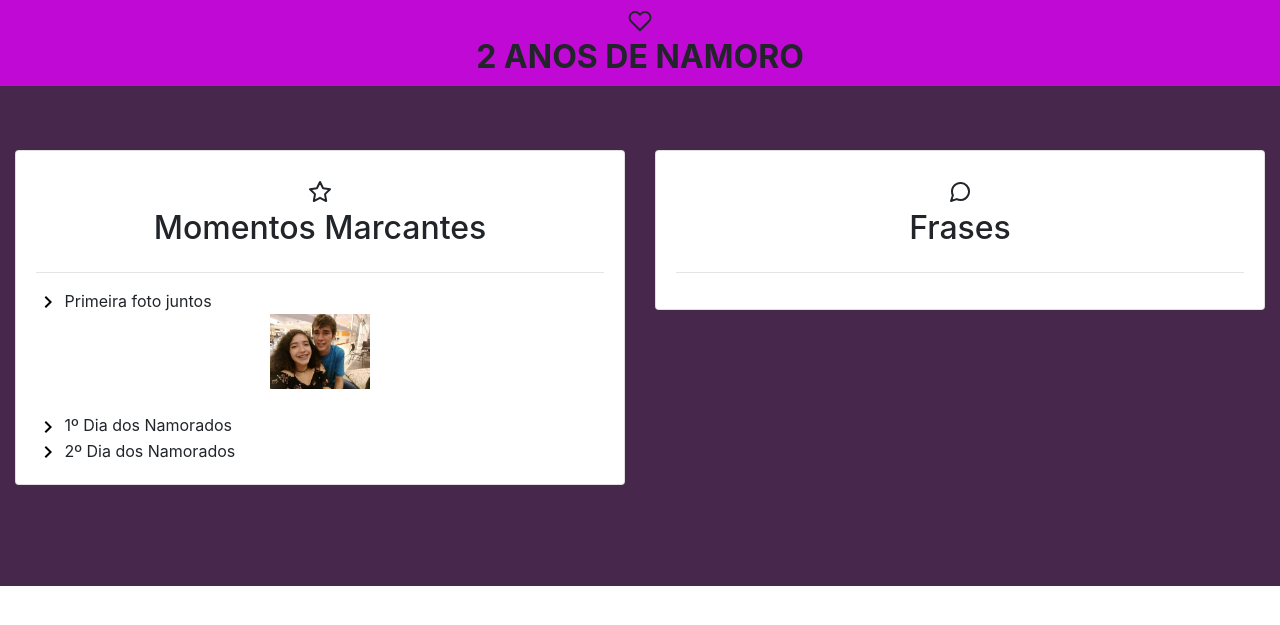
Repository: MeuAmor/meuamor.github.io
Page: index.html
These files come from the project's save history. The page is drawn as it stood at one moment and after the next save; the edit follows.
The browser window is 1280 px wide. The pictures show the whole page.

Above is the page before, as saved 2019-08-20 22:06:32.

### index.html
<!DOCTYPE html>
<html lang="pt">
<head>
  <title>2 ANOS</title>
  <meta charset="utf-8">
  <meta name="viewport" content="width=device-width, initial-scale=1">
  <link rel="stylesheet" href="assets/css/bootstrap4.1/bootstrap.min.css">
  <script src="assets/js/jquery.3.3.1.min.js"></script>
  <script src="assets/js/bootstrap4.1/popper.min.js"></script>
	<script src="assets/js/bootstrap4.1/bootstrap.min.js"></script>
	<!-- <style>
			hr {
				margin-top: 1rem;
				margin-bottom: 1rem;
				border: 5;
				border-top: 1px solid rgba(0, 0, 0, 0.1);
			}
		</style> -->
</head>
<body class="container-fluid">


	<div class="row" style="background:#c109d6">
		<div class="col-md-12 text-left">
			<h2>
                <!-- <svg xmlns="http://www.w3.org/2000/svg" width="24" height="24" viewBox="0 0 24 24" fill="none" stroke="currentColor"
                        stroke-width="2" stroke-linecap="round" stroke-linejoin="round" class="feather feather-heart">
                    <path d="M20.84 4.61a5.5 5.5 0 0 0-7.78 0L12 5.67l-1.06-1.06a5.5 5.5 0 0 0-7.78 7.78l1.06 1.06L12 21.23l7.78-7.78 1.06-1.06a5.5 5.5 0 0 0 0-7.78z"/>
                </svg> -->
                <div class="text-center">

                    <svg xmlns="http://www.w3.org/2000/svg" width="24" height="24" viewBox="0 0 24 24" fill="none" stroke="currentColor"
                            stroke-width="2" stroke-linecap="round" stroke-linejoin="round" class="feather feather-heart">
                        <path d="M20.84 4.61a5.5 5.5 0 0 0-7.78 0L12 5.67l-1.06-1.06a5.5 5.5 0 0 0-7.78 7.78l1.06 1.06L12 21.23l7.78-7.78 1.06-1.06a5.5 5.5 0 0 0 0-7.78z"/>
                    </svg>
                </div>
                <div class="text-center">

                    <b>2 ANOS DE NAMORO </b>
                </div>
            </h2>
		</div>
		<div class="col-md-6 " id="redes_sociais">
			<!-- <a style="margin:10px;" class="btn btn-info btn-xs float-right" href="http://www.linkedin.com/in/leonardo-bernardes-da-silva-a8869b132">
				<svg xmlns="http://www.w3.org/2000/svg" width="24" height="24" viewBox="0 0 24 24" fill="none" stroke="currentColor" stroke-width="2" stroke-linecap="round" stroke-linejoin="round" class="feather feather-linkedin">
					<path d="M16 8a6 6 0 0 1 6 6v7h-4v-7a2 2 0 0 0-2-2 2 2 0 0 0-2 2v7h-4v-7a6 6 0 0 1 6-6z"></path><rect x="2" y="9" width="4" height="12"></rect>
					<circle cx="4" cy="4" r="2"></circle></svg>	LinkedIn</a>
				<a style="margin:10px;" class="btn btn-primary btn-xs float-right" href="http://www.facebook.com/lezinho.bernardes">
					<svg xmlns="http://www.w3.org/2000/svg" width="24" height="24" viewBox="0 0 24 24" fill="none" stroke="currentColor" stroke-width="2" stroke-linecap="round" stroke-linejoin="round" class="feather feather-facebook">
						<path d="M18 2h-3a5 5 0 0 0-5 5v3H7v4h3v8h4v-8h3l1-4h-4V7a1 1 0 0 1 1-1h3z"></path>
					</svg>
					LinkedIn
				</a>  -->
		</div>


</div>
<div class="row" style="background:#48274c;min-height: 500px;">

	<!-- <hr> -->
	<!-- <p style="margin: 10px;">
		<a class="btn btn-dark" data-toggle="collapse" href="#multiCollapseExample1" role="button" aria-expanded="false" aria-controls="multiCollapseExample1">Toggle first element</a>
		<button class="btn btn-dark" type="button" data-toggle="collapse" data-target="#multiCollapseExample2" aria-expanded="false" aria-controls="multiCollapseExample2">Toggle second element</button>
		<button class="btn btn-dark" type="button" data-toggle="collapse" data-target=".multi-collapse" aria-expanded="false" aria-controls="multiCollapseExample1 multiCollapseExample2">Toggle both elements</button> -->
	<!-- </p> -->


	<div class="col-md-6" style="margin-top: 5%;">
		<div class="card card-body">
            <h2>
                <div class="text-center">

                    <svg xmlns="http://www.w3.org/2000/svg" width="24" height="24" viewBox="0 0 24 24"
                        fill="none" stroke="currentColor" stroke-width="2" stroke-linecap="round" stroke-linejoin="round"
                        class="feather feather-star">
                        <polygon points="12 2 15.09 8.26 22 9.27 17 14.14 18.18 21.02 12 17.77 5.82 21.02 7 14.14 2 9.27 8.91 8.26 12 2"/>
                    </svg>
                </div>
                <div class="text-center">

                    Momentos Marcantes
                </div>
            </h2>
            <hr>
            <div>

                <svg xmlns="http://www.w3.org/2000/svg" width="24" height="24" viewBox="0 0 24 24">
                    <path d="M8.59 16.59L13.17 12 8.59 7.41 10 6l6 6-6 6-1.41-1.41z"/>
                    <path fill="none" d="M0 0h24v24H0V0z"/>
                </svg>
                Primeira foto juntos<br>
                <div class="text-center">
                    <img src="imagens/primeira_foto.jpg" alt="Primeira Foto" width="100px;">
                </div>
                <br>
                <svg xmlns="http://www.w3.org/2000/svg" width="24" height="24" viewBox="0 0 24 24">
                    <path d="M8.59 16.59L13.17 12 8.59 7.41 10 6l6 6-6 6-1.41-1.41z"/>
                    <path fill="none" d="M0 0h24v24H0V0z"/>
                </svg> 1º Dia dos Namorados<br>
                <svg xmlns="http://www.w3.org/2000/svg" width="24" height="24" viewBox="0 0 24 24">
                    <path d="M8.59 16.59L13.17 12 8.59 7.41 10 6l6 6-6 6-1.41-1.41z"/>
                    <path fill="none" d="M0 0h24v24H0V0z"/>
                </svg> 2º Dia dos Namorados

            </div>
		</div>
	</div>
	<div class="col-md-6" style="margin-top: 5%;">
		<div class="card card-body">
            <h2 style="text-align:center;">
                <div class="text-center">

                    <svg xmlns="http://www.w3.org/2000/svg" width="24" height="24" viewBox="0 0 24 24" fill="none" stroke="currentColor" stroke-width="2" stroke-linecap="round" stroke-linejoin="round" class="feather feather-message-circle">
                    <path d="M21 11.5a8.38 8.38 0 0 1-.9 3.8 8.5 8.5 0 0 1-7.6 4.7 8.38 8.38 0 0 1-3.8-.9L3 21l1.9-5.7a8.38 8.38 0 0 1-.9-3.8 8.5 8.5 0 0 1 4.7-7.6 8.38 8.38 0 0 1 3.8-.9h.5a8.48 8.48 0 0 1 8 8v.5z"/></svg>
                </div>
                <div class="text-center">
                    Frases
                </div>
            </h2>
			<hr>
            <div class="row">


            </div>
        </div>

	</div>

</div>
</body>
</html>

Loaded but not shown: assets/css/bootstrap4.1/bootstrap.min.css (library); assets/js/jquery.3.3.1.min.js (library); assets/js/bootstrap4.1/popper.min.js (library); assets/js/bootstrap4.1/bootstrap.min.js (library)

After the next save:
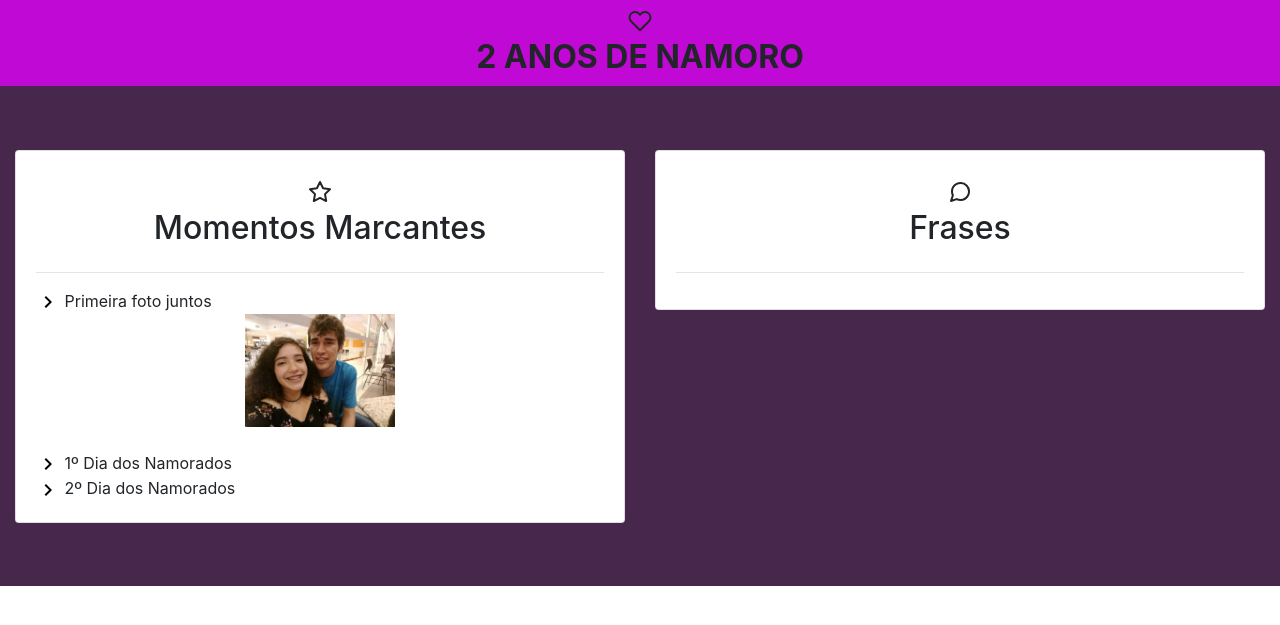
Saved 18 s later.
--- a/index.html
+++ b/index.html
@@ -90,7 +90,7 @@
                 </svg>
                 Primeira foto juntos<br>
                 <div class="text-center">
-                    <img src="imagens/primeira_foto.jpg" alt="Primeira Foto" width="100px;">
+                    <img src="imagens/primeira_foto.jpg" alt="Primeira Foto" width="150px;">
                 </div>
                 <br>
                 <svg xmlns="http://www.w3.org/2000/svg" width="24" height="24" viewBox="0 0 24 24">
